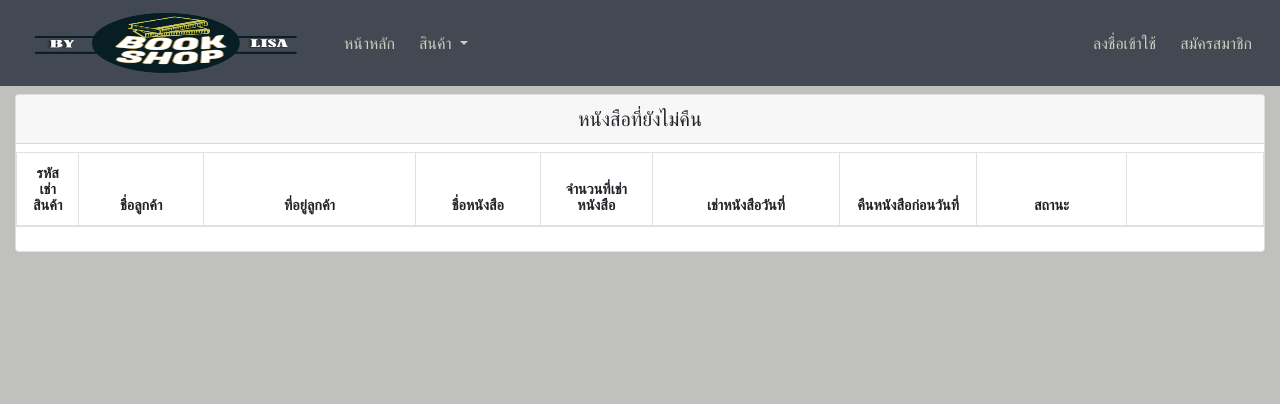
Repository: peawza/shopbook
Page: http://localhost/returnproduct.php?Order_id=24
The author's editor kept a copy of each file at every save. The page is drawn from the files as they stood at one save, then again after the next save.
The browser window is 1280 px wide. The pictures show the whole page.
The page is run by PHP 8.4 with error messages shown; the project is at /var/www/html/. Other server files are loaded and not shown. The database holds what the project's SQL file puts in it.

Above is the page before, as saved 2020-10-01 11:18:09.

### returnproduct.php
<!DOCTYPE html>
<html lang="en">

<head>
    <meta charset="UTF-8">
    <meta name="viewport" content="width=device-width, initial-scale=1.0">
    <title>Document</title>
    <?php
    require_once('php/condbbook.php');
    include('include\importcss.php');
    include('include\navber.php');
    //echo '<pre>';
    //print_r($_SESSION);
    //$_SESSION['ses_php_var'] = $_GET['sendVal'];
    //$_SESSION['ses_php_var'] = $_POST['sendVal'];
    //$_SESSION['Typeid'] = $_POST['Typeid'];
    //print_r($_POST);
    //print_r($_GET);
    //echo '<pre>';

    ?>
</head>

<body>
    <div class="container-fluid py-2">
        <div class="card ">
            <h5 class="card-header text-center">หนังสือที่ยังไม่คืน</h5>

            <div class="py-2">
                <table class="table table-bordered table-responsive-sm">
                    <thead>
                        <tr>
                            <th width="5%" class="text-center">รหัสเช่าสินค้า</th>
                            <th width="10%" class="text-center">ชื่อลูกค้า</th>
                            <th width="17%" class="text-center">ที่อยู่ลูกค้า</th>
                            <th width="10%" class="text-center">ชื่อหนังสือ</th>
                            <th width="9%" class="text-center">จำนวนที่เช่าหนังสือ</th>
                            <th width="15%" class="text-center">เช่าหนังสือวันที่</th>
                            <th width="11%" class="text-center">คืนหนังสือก่อนวันที่</th>
                            <th width="12%" class="text-center">สถานะ</th>
                            <th width="12%" class="text-center"></th>

                        </tr>
                    </thead>
                    <tbody>
                        <?php
                        /*
                    [0] => 1
                    [orders_id] => 1
                    [1] => 4
                    [User_ID] => 4
                    [2] => ฟหดกหฟดกหฟด
                    [Order_addressuser] => ฟหดกหฟดกหฟด
                    [3] => 2464
                    [orders_renttotal] => 2464
                    [4] => 0
                    [orders_returntotal] => 0
                    [5] => 2464
                    [orders_sumtotal] => 2464
                    [6] => 0
                    [orders_iscomplete] => 0
                    [7] => 4
                    [8] => user
                    [User_Username] => user
                    [9] => $2y$10$fB6aRvLojb8vG3ukgnwcle6rynH6hiaSNAOSCfskrj2DL4A6y8HM6
                    [User_Password] => $2y$10$fB6aRvLojb8vG3ukgnwcle6rynH6hiaSNAOSCfskrj2DL4A6y8HM6
                    [10] => ศุภชัย
                    [User_Firstname] => ศุภชัย
                    [11] => แจ้งอรุณ
                    [User_Lastname] => แจ้งอรุณ
                    [12] => 0970562607
                    [User_Telephonenumber] => 0970562607
                    [13] => agileza_555@hotmail.com
                    [User_Email] => agileza_555@hotmail.com
                    [14] => 9091310863447.jpg
                    [User_Photo] => 9091310863447.jpg
                    [15] => 2020-09-26
                    [User_Createdate] => 2020-09-26
                    [16] => admin
                    [User_Type] => admin
                    [17] => 1
                    [orderrent_id] => 1
                    [18] => 4
                    [orderrent_productid] => 4
                    [19] => 1
                    [orderrent_amount] => 1
                    [20] => 1232
                    [orderrent_totalprice] => 1232
                    [21] => 2020-09-30
                    [orderrent_rentdate] => 2020-09-30
                    [22] => 2020-10-20
                    [orderrent_returndate] => 2020-10-20
                    [23] => 0
                    [orderrent_status] => 0
                    [24] => 4
                    [Product_ID] => 4
                    [25] => 3
                    [Type_ID] => 3
                    [26] => sadsazzz
                    [Product_Name] => sadsazzz
                    [27] => asdasd
                    [Product_Details] => asdasd
                    [28] => 1232
                    [Product_Price] => 1232
                    [29] => 113
                    [Product_Balance] => 113
                    [30] => 2
                    [Product_rentday] => 2
                    [31] => 9091656962219.png
                    [Product_Photo] => 9091656962219.png
                    [32] => 2020-09-30
                    [Product_datesave] => 2020-09-30

                        */
                        if (isset($_GET['Order_id'])) {
                            $orderid = $_GET['Order_id'];
                            $selectproduct = "SELECT * FROM `orders`,`user`,`orderrent`,`product` WHERE `user`.`User_ID`=`orders`.`User_ID`AND`orders`.`orders_id`= `orderrent`.`orderrent_id`AND `product`.`Product_ID`=`orderrent`.`orderrent_productid` AND`orderrent`.`orderrent_id`= '" . $orderid . "'";
                            $resulproduct = mysqli_query($conn, $selectproduct);
                            while ($rowproduct = mysqli_fetch_array($resulproduct)) {
                                if ($rowproduct['orderrent_status'] = 0) {
                                    # code...


                        ?>

                        <tr>
                            <th><?php
                                            $code = sprintf('O-%04d', $rowproduct['orders_id']);
                                            echo $code ?>
                            </th>
                            <th><?php echo $rowproduct["User_Firstname"] . ' ' . $rowproduct['User_Lastname'] ?>
                            </th>
                            <td><?php echo $rowproduct["Order_addressuser"]  ?></td>
                            <td><?php echo $rowproduct["Product_Name"]  ?></td>
                            <td class="text-right"><?php echo $rowproduct["orderrent_amount"]  ?> </td>
                            <td class="text-center"><?php echo $rowproduct["orderrent_rentdate"]  ?></td>
                            <td class="text-center"><?php echo $rowproduct["orderrent_returndate"]  ?></td>
                        </tr>



                        <?php
                                }
                                //echo '<pre>';
                                //print_r($rowproduct);
                                //echo '<pre>';
                            }
                        } else {


                            echo 'null';
                        }


                        ?>
                    </tbody>
                    </thead>
                </table>
            </div>
        </div>
    </div>










</body>
<?php
include('include\importjavascript.php');
?>

</html>

### php/condbbook.php
<?php
session_start();
$conn = new mysqli('localhost', 'root', '1234', 'shopbook');
$conn->set_charset("utf8");
//$conn->query('set name utf8');
//echo $conn->connect_error;
if ($conn->connect_errno) {
    die("conmection Failed" . $conn->connect_error);
} /*else {
    die("OK Database");
}*/

//$conndata = new mysqli('localhost', 'root', '1234', 'shop');

### include/importcss.php
<link rel="stylesheet" href="node_modules/bootstrap/dist/css/bootstrap.min.css"> <!-- link เลือก css-->
<link rel="stylesheet" href="node_modules/font-awesome5/css/fontawesome-all.css">
<link rel="stylesheet" href="include/CSS/styles.css?v=<?php echo filemtime('include/CSS/styles.css'); ?>"
    type=" text/css">

<script src="https://www.google.com/recaptcha/api.js"></script>

<script src="https://ajax.googleapis.com/ajax/libs/jquery/2.2.0/jquery.min.js"></script>

<script src="https://maxcdn.bootstrapcdn.com/bootstrap/3.3.6/js/bootstrap.min.js"></script>

### include/importjavascript.php
<script src="node_modules/jquery/dist/jquery.min.js"></script> <!-- sc เลือก src -->
<script src="node_modules/popper.js/dist/umd/popper.min.js"></script>
<script src="node_modules/bootstrap/dist/js/bootstrap.min.js"></script>
<script src="node_modules/jquery-validation/dist/jquery.validate.min.js"></script>
<script src="include/JS/script.js?v=<?php echo filemtime('include/JS/script.js') ?>"></script>

### DB/shopbook.sql (the tables this page reads)
CREATE TABLE `orderrent` (
  `orderrent_id` int(11) NOT NULL,
  `orderrent_productid` int(11) NOT NULL,
  `orderrent_amount` int(11) NOT NULL,
  `orderrent_totalprice` int(11) NOT NULL,
  `orderrent_rentdate` date NOT NULL,
  `orderrent_returndate` date NOT NULL,
  `orderrent_status` int(11) NOT NULL
) ENGINE=InnoDB DEFAULT CHARSET=utf8mb4 COLLATE=utf8mb4_bin;

INSERT INTO `orderrent` (`orderrent_id`, `orderrent_productid`, `orderrent_amount`, `orderrent_totalprice`, `orderrent_rentdate`, `orderrent_returndate`, `orderrent_status`) VALUES
(21, 12, 1, 50, '2020-10-23', '2020-10-30', 1),
(21, 13, 1, 50, '2020-10-23', '2020-10-30', 1),
(21, 15, 1, 45, '2020-10-23', '2020-10-30', 1),
(21, 20, 1, 100, '2020-10-23', '2020-10-30', 1),
(22, 4, 3, 300, '2020-10-23', '2020-10-30', 1),
(23, 13, 1, 50, '2020-10-23', '2020-10-30', 1),
(24, 7, 3, 150, '2020-10-25', '2020-11-01', 0),
(24, 24, 5, 175, '2020-10-25', '2020-11-01', 0),
(25, 8, 10, 500, '2020-10-25', '2020-11-01', 1),
(26, 8, 10, 500, '2020-10-25', '2020-11-01', 1),
(27, 15, 40, 1800, '2020-10-25', '2020-11-01', 1),
(28, 4, 10, 1000, '2020-10-25', '2020-11-01', 1),
(29, 12, 1, 50, '2020-10-25', '2020-11-01', 1),
(29, 23, 10, 300, '2020-10-25', '2020-11-01', 1),
(30, 7, 1, 50, '2020-10-25', '2020-11-01', 1),
(30, 24, 1, 35, '2020-10-25', '2020-11-01', 1),
(31, 12, 1, 50, '2020-10-25', '2020-11-01', 1),
(31, 24, 1, 35, '2020-10-25', '2020-11-01', 1),
(31, 42, 1, 70, '2020-10-25', '2020-11-01', 1),
(32, 23, 1, 30, '2020-10-25', '2020-11-01', 1),
(33, 36, 10, 1000, '2020-10-25', '2020-11-01', 1),
(34, 51, 1, 200, '2020-10-25', '2020-11-04', 1),
(35, 51, 60, 12000, '2020-10-25', '2020-11-04', 1),
(36, 47, 70, 2100, '2020-10-25', '2020-11-01', 0),
(37, 25, 50, 2000, '2020-10-25', '2020-11-01', 0),
(38, 3, 1, 100, '2020-10-27', '2020-11-03', 1),
(39, 16, 1, 75, '2020-10-27', '2020-11-03', 1),
(40, 52, 10, 1000, '2020-10-27', '2020-11-03', 0),
(41, 51, 1, 200, '2020-10-27', '2020-11-06', 0);

ALTER TABLE `orderrent`
  ADD PRIMARY KEY (`orderrent_id`,`orderrent_productid`) USING BTREE,
  ADD KEY `orderrent_productid` (`orderrent_productid`);

ALTER TABLE `orderrent`
  ADD CONSTRAINT `orderrent_ibfk_2` FOREIGN KEY (`orderrent_productid`) REFERENCES `product` (`Product_ID`),
  ADD CONSTRAINT `orderrent_ibfk_3` FOREIGN KEY (`orderrent_id`) REFERENCES `orders` (`orders_id`) ON DELETE CASCADE;

CREATE TABLE `orders` (
  `orders_id` int(11) NOT NULL,
  `User_ID` int(11) NOT NULL,
  `Order_addressuser` text COLLATE utf8mb4_bin NOT NULL,
  `orders_renttotal` float NOT NULL DEFAULT 0,
  `orders_returntotal` float NOT NULL DEFAULT 0,
  `orders_sumtotal` float NOT NULL,
  `orders_iscomplete` int(11) NOT NULL
) ENGINE=InnoDB DEFAULT CHARSET=utf8mb4 COLLATE=utf8mb4_bin;

INSERT INTO `orders` (`orders_id`, `User_ID`, `Order_addressuser`, `orders_renttotal`, `orders_returntotal`, `orders_sumtotal`, `orders_iscomplete`) VALUES
(21, 9, 'ชลบุรี', 245, 0, 245, 2),
(22, 9, '', 300, 0, 300, 2),
(23, 9, '123', 50, 0, 50, 2),
(24, 10, 'มกศรช', 325, 0, 325, 0),
(25, 9, 'sdafffsdfdsafdsagdasgaasdfdsag', 500, 0, 500, 2),
(26, 9, 'หฟกหฟกหฟกหฟกกหฟ', 500, 0, 500, 2),
(27, 9, 'adsdsa', 1800, 1500, 3300, 2),
(28, 9, 'asdasdsa', 1000, 1000, 2000, 2),
(29, 11, 'มกศรช', 350, 0, 350, 2),
(30, 11, 'มกศรช ผฟกหกห', 85, 170, 255, 2),
(31, 11, 'ชลบุรี', 155, 0, 155, 2),
(32, 11, '123132', 30, 0, 30, 2),
(33, 11, '123', 1000, 0, 1000, 2),
(34, 11, '123123\r\n', 200, 0, 200, 2),
(35, 11, '1111\r\n\r\n', 12000, 0, 12000, 2),
(36, 11, 'ชลบุรี', 2100, 0, 2100, 0),
(37, 11, 'ชลบุรี', 2000, 0, 2000, 0),
(38, 9, 'ชลบุรี', 100, 0, 100, 2),
(39, 9, 'มก', 75, 150, 225, 2),
(40, 9, 'มก', 1000, 0, 1000, 0),
(41, 12, 'asd', 200, 0, 200, 0);

ALTER TABLE `orders`
  ADD PRIMARY KEY (`orders_id`),
  ADD KEY `User_ID` (`User_ID`);

ALTER TABLE `orders`
  ADD CONSTRAINT `orders_ibfk_1` FOREIGN KEY (`User_ID`) REFERENCES `user` (`User_ID`);

CREATE TABLE `product` (
  `Product_ID` int(11) NOT NULL,
  `Type_ID` int(11) NOT NULL,
  `Product_Name` text COLLATE utf8mb4_bin NOT NULL,
  `Product_Details` text COLLATE utf8mb4_bin NOT NULL,
  `Product_Price` float NOT NULL,
  `product_buy` int(11) DEFAULT NULL,
  `Product_Balance` int(11) NOT NULL,
  `Product_rentday` int(11) NOT NULL,
  `Product_Photo` text COLLATE utf8mb4_bin NOT NULL,
  `Product_datesave` date NOT NULL
) ENGINE=InnoDB DEFAULT CHARSET=utf8mb4 COLLATE=utf8mb4_bin;

INSERT INTO `product` (`Product_ID`, `Type_ID`, `Product_Name`, `Product_Details`, `Product_Price`, `product_buy`, `Product_Balance`, `Product_rentday`, `Product_Photo`, `Product_datesave`) VALUES
(3, 11, 'บุเพสันนิวาส', 'เกศสุรางค์ หญิงสาวร่างอ้วนจำต้องทะลุมิติไปในรัชกาลสมเด็จพระนารายณ์มหาราช ในร่างของแม่หญิงการะเกดผู้แสนร้ายกาจ และได้พบกับผู้คนมากมายทั้ง หมื่นสุนทรเทวา ผู้เป็นคู่หมั้นคู่หมายของการะเกด ออกญาโหราธิบดี ราชครูของพระนารายณ์ แม่มะลิ บุตรสาวของแขกฟานิกลูกครึ่งญี่ปุ่น โปรตุเกส และผู้คนอีกมากมาย', 100, 200, 10, 7, '9102909146241.jpg', '2020-10-23'),
(4, 11, 'ปริศนามหาเวทย์', 'ปริศนามหาเวทย์', 100, 200, 5, 7, '9102908113900.gif', '2020-10-20'),
(5, 11, 'Sea Witch', 'Sea Witch', 100, 200, 10, 7, '9102908766196.jpg', '2020-10-20'),
(7, 10, 'Onepiece', 'เป็นเรื่องราวในยุคทองของโจรสลัด โจรสลัดทุกคนมีเป้าหมายเดียวกันคือเพื่อค้นหา สมบัติที่เรียกว่า \"วันพีช\" ซึ่งผู้ใดสามารถค้นหาและครอบครองวันพีชอยู่ ผู้นั้นก็คือเจ้าแห่งโจรสลัด(ราชาโจรสลัด) โดยผู้ที่เคยครอบครองวันพีชนั้นมีอยู่คนเดียวตามที่เปิดเผยคือ เจ้าแห่งโจรสลัด โกลด์ ดี โรเจอร์ ซึ่งหลังจากที่ ได้ครอบครองวันพีซแล้ว โกลด์ ดี โรเจอร์ก็ได้มอบตัว และยอมรับโทษการประหารชีวิตที่เกาะโร๊คบ้านเกิดของตนนั่นเอง และก่อนตายโกลด์ ดี โรเจอร์ ได้ทิ้งคำพูดก่อนตายที่เปลี่ยนยุคสมัยของโจรสลัดว่า \"สมบัติของฉันหรอ อยากได้ก็เอาไปซิ ไปหาเอาเลย ฉันเอาทุกอย่างบนโลกไปไว้ที่นั่นหมดแล้ว\" แล้วเหล่า โจรสลัดทั้งหลายจึงมุ่งหน้าสู้แกรนด์ไลน์เพื่อตามหาวันพีซ', 50, 100, 6, 7, '9102907166680.jpg', '2020-10-23'),
(8, 10, 'Naruto', 'นารูโตะเป็นกำพร้าและไม่มีพี่น้อง เติบโตขึ้นโดยไม่รู้ว่าตนเองมีจิ้งจอกเก้าหางอยู่ภาย ในร่างกาย หลังจากสำเร็จการศึกษาเป็นนินจาชั้น เกะนิน (นินจาระดับล่าง) และปฏิบัติหน้าที่ภายใต้การควบคุมของ ฮาตาเกะ คาคาชิ ซึ่งเป็น โจนิน (นินจาระดับสูง) ฉายา ก๊อบปี้นินจา โดยมีสมาชิกร่วมทีมอีกสองคน คือ อุจิวะ ซาสึเกะ และ ฮารุโนะ ซากุระ', 50, 100, 10, 7, '9102907412301.jpg', '2020-10-23'),
(12, 10, 'Fairytail', 'นัตสึ ดรากูนีล\"ดราก้อนสเลเยอร์ไฟ ได้ออกเดินทางเพื่อตามหาอิกนิลหรือมังกรที่เปรียบเสมือนพ่อของนัตสึ ไปกับแมวบินได้และพูดได้ ชื่อ แฮปปี้ โดยระหว่างทางได้พบกับ\"ลูซี่ ฮาร์ทฟิเลีย\"สาวน้อยผู้อัญเชิญเทพแห่งดวงดาวและได้ตกลงเป็นเพื่อนกันเพราะลูซี่นั้นอยากเข้ากิลด์แฟรี่เทล', 50, 100, 10, 7, '9102906035329.png', '2020-10-23'),
(13, 13, 'Time', 'นิตยสาร TIME', 50, 150, 4, 7, '9104350156863.jpg', '2020-10-23'),
(14, 12, '51 คำถาามเพิ่มความรู้เรื่องอาชีพ', 'รวมประเด็นน่าสนใจเกี่ยวกับอาชีพ', 100, 150, 10, 7, '9104350802507.jpg', '2020-10-23'),
(15, 10, 'Doraemon', 'หุ่นยนเเมวที่ส่งมาช่วย โนบิตะ เพื่อให้อนาคตของเขาเปลื่ยนไป', 45, 75, 29, 7, '9104351707679.png', '2020-10-23'),
(16, 10, '3ก๊ก', 'ตำนานของวีรบุรุษที่จะรวมเเผ่นดินทั้ง3เป็น1', 75, 150, 19, 7, '9104352222267.jpg', '2020-10-23'),
(17, 12, '30 สิ่งมหัศจรรย์ของโลกที่น่ารู้', 'สิ่งมหัศจรรย์ของโลก', 50, 100, 5, 7, '9104352622959.jpg', '2020-10-23'),
(18, 12, 'เกร็ดความรู้เเละภาษาอาเซียน', 'ความรู้เเละภาษาอาเซียน', 80, 150, 9, 7, '9104353026534.jpg', '2020-10-23'),
(19, 13, 'BAZAAR', 'BAZAAR', 50, 190, 10, 7, '9104353499954.jpg', '2020-10-23'),
(20, 12, 'วิทยาศาสตร์ฉลาดรู้เรื่องสมอง', 'วิทยาศาสตรที่เกี่ยวความรู้เรื่องสมอง', 100, 170, 20, 7, '9104353867647.gif', '2020-10-23'),
(21, 11, 'The butterfly tree', 'The butterfly tree', 170, 300, 5, 7, '9104354170879.jpg', '2020-10-23'),
(22, 13, 'CAMPUS', 'CAMPUS', 60, 165, 10, 7, '9104354376857.jpg', '2020-10-23'),
(23, 10, 'ชินจังจอมเเก่น', 'เรื่องราวชินจังที่ต้องทำให้คุณต้องหัวเราะ', 30, 85, 50, 7, '9104354830108.gif', '2020-10-23'),
(24, 10, 'โคนัน', 'นักสืบหนุ่มที่ถูกชายชุดดำจับตัวให้ไปกินยา พอตื่นขึ้นมากลับกายเป็นเด็กอีกครั้ง', 35, 70, 44, 7, '9104355382500.jpg', '2020-10-23'),
(25, 10, 'Dragonball', 'ซุนโกคู ในวัยเด็ก ก็ได้รู้เกี่ยวกับ ดราก้อนบอล จาก บลูม่า ซึ่งกำลังตามหาอยู่ แถมโกคูเองก็มี ดราก้อนบอล4ดาว ซึ่งเป็นของต่างหน้าคุณปู่ ซุนโกฮัง อีกด้วย ก็เลยตัดสินใจไปตามหาดราก้อนบอลด้วยกัน ต่อมาก็ได้ อูลอน มาเป็นพวกช่วยหาด้วย แต่ในระหว่างนั้น ก็มี ยามุชา และ ปูอัล กับ ปิลาฟและพรรคพวก คอยตามหาดราก้อนบอลด้วย', 40, 75, 0, 7, '9104355839451.jpg', '2020-10-23'),
(26, 11, 'ECHOES FROM THE PAST', 'Echoes from the past', 190, 300, 10, 7, '9104356230225.jpg', '2020-10-23'),
(27, 13, 'ELLE', 'ELLE', 30, 90, 10, 6, '9104356389396.webp', '2020-10-23'),
(28, 13, 'FIGARO JAPAN', 'FIGARO JAPAN', 60, 150, 3, 4, '9104356627109.jpg', '2020-10-23'),
(29, 12, 'คว้าเกรด A ง่ายกว่าที่คิด', 'คว้าเกรด A ง่ายกว่าที่คิด', 55, 130, 7, 6, '9104356893659.png', '2020-10-23'),
(30, 11, 'Harry Potter', 'Harry Potter', 160, 300, 30, 7, '9104357146935.jpg', '2020-10-23'),
(31, 13, 'L OFFICIEL', 'L OFFICIEL', 30, 70, 10, 7, '9104357596692.jpg', '2020-10-23'),
(32, 12, 'สนุกกับการค้นหาความรู้ข้างในแผนที่โลก', 'สนุกกับการค้นหาความรู้ข้างในแผนที่โลก', 60, 150, 10, 7, '9104357883099.jpg', '2020-10-23'),
(33, 10, 'My Hero Academia', 'ว่าด้วยเรื่องราวในอนาคต เมื่อพลังพิเศษได้ถูกทยอยค้นพบทั่วทุกมุมโลก จนกลายเป็นเรื่องปกติของคนเจนเนอเรชั่นใหม่ ที่ล้วนเป็นผู้มี “อัตลักษณ์” (พลังพิเศษเฉพาะตัว) สังคมยอดมนุษย์จึงได้เริ่มขึ้น ขณะเดียวกันความวุ่นวายจากผู้ใช้พลังพิเศษในทางที่ผิด ก็ยกระดับความรุนแรง ประเทศจึงได้ร่างกฏหมายต่อต้านความรุนแรง โดยให้เหล่าผู้กล้าคอยปราบปรามเหล่าวายร้าย ', 40, 75, 40, 7, '9104359185860.jpg', '2020-10-23'),
(34, 13, 'OK MAGAZINE', 'OK MAGAZINE', 30, 90, 10, 7, '9104359398955.jpg', '2020-10-23'),
(35, 10, 'Pinocchio', 'Pinocchio', 100, 200, 5, 7, '9104359601161.jpg', '2020-10-23'),
(36, 11, 'บ้านทรายทอง', 'บ้านทรายทอง', 100, 250, 10, 7, '9104359808705.jpg', '2020-10-23'),
(37, 12, 'เอาชีวิครอดบนเกาะร้าง', 'เอาชีวิครอดบนเกาะร้าง', 80, 135, 5, 7, '9104360075753.webp', '2020-10-23'),
(38, 13, 'VOGUE', 'VOGUE', 30, 75, 10, 7, '9104360487722.jpg', '2020-10-23'),
(39, 11, 'Twilight', 'Twilight', 240, 300, 20, 7, '9104361247095.jpg', '2020-10-23'),
(40, 11, 'The darkness of light', 'The darkness of light', 150, 250, 6, 7, '9104361459702.jpg', '2020-10-23'),
(41, 12, 'เพศศึกษาที่เราอยากรู้', 'เพศศึกษาที่เราอยากรู้', 60, 150, 10, 7, '9104361760502.jpg', '2020-10-23'),
(42, 10, 'Sailormoon', 'Sailormoon', 70, 125, 50, 7, '9104361988958.png', '2020-10-23'),
(43, 11, 'RISEN', 'RISEN', 150, 350, 10, 7, '9104362289392.jpg', '2020-10-23'),
(44, 11, 'REALM OF RUINS', 'REALM OF RUINS', 180, 300, 4, 7, '9104362809007.jpg', '2020-10-23'),
(45, 10, 'สโนว์ไวท์', 'สโนว์ไวท์', 100, 200, 7, 5, '9104367662917.jpg', '2020-10-23'),
(46, 10, 'อลิซ ท่องเเดนมหัศจรรย์', 'อลิซ ท่องเเดนมหัศจรรย์', 40, 150, 5, 7, '9104367935394.jpg', '2020-10-23'),
(47, 10, 'Bleach', 'Bleach', 30, 75, 0, 7, '9104368159565.jpg', '2020-10-23'),
(48, 10, 'Lion King', 'Lion King', 70, 150, 2, 3, '9104368352654.jpg', '2020-10-23'),
(49, 12, 'รัชการที่ 9', 'ประวัติศาสตร์ของในหลวงรัชกาลที่ 9', 50, 150, 10, 7, '9104368788022.jpg', '2020-10-23'),
(51, 13, 'qweqwe', 'ssadzxc', 200, 500, 69, 10, '9105550929723.png', '2020-10-26'),
(52, 15, 'เลข', 'หนังสือเลข', 100, 200, 40, 7, '9106337351482.jpg', '2020-10-27');

ALTER TABLE `product`
  ADD PRIMARY KEY (`Product_ID`),
  ADD KEY `Type_ID` (`Type_ID`);

ALTER TABLE `product`
  MODIFY `Product_ID` int(11) NOT NULL AUTO_INCREMENT, AUTO_INCREMENT=53;

ALTER TABLE `product`
  ADD CONSTRAINT `product_ibfk_1` FOREIGN KEY (`Type_ID`) REFERENCES `producttype` (`Type_ID`);

CREATE TABLE `producttype` (
  `Type_ID` int(11) NOT NULL,
  `Type_Name` text COLLATE utf8mb4_bin NOT NULL
) ENGINE=InnoDB DEFAULT CHARSET=utf8mb4 COLLATE=utf8mb4_bin;

INSERT INTO `producttype` (`Type_ID`, `Type_Name`) VALUES
(10, 'หนังสือการ์ตูน'),
(11, 'หนังสือนิยาย'),
(12, 'หนังสือให้ความรู้'),
(13, 'นิตยสาร'),
(14, 'หนังสืออ้างอิง'),
(15, 'หนังสือเรียน');

ALTER TABLE `producttype`
  ADD PRIMARY KEY (`Type_ID`);

ALTER TABLE `producttype`
  MODIFY `Type_ID` int(11) NOT NULL AUTO_INCREMENT, AUTO_INCREMENT=16;

CREATE TABLE `user` (
  `User_ID` int(11) NOT NULL,
  `User_Username` varchar(30) COLLATE utf8mb4_bin NOT NULL,
  `User_Password` varchar(255) COLLATE utf8mb4_bin NOT NULL,
  `User_Firstname` varchar(60) COLLATE utf8mb4_bin NOT NULL,
  `User_Lastname` varchar(60) COLLATE utf8mb4_bin NOT NULL,
  `User_Telephonenumber` varchar(20) COLLATE utf8mb4_bin NOT NULL,
  `User_Email` varchar(100) COLLATE utf8mb4_bin NOT NULL,
  `User_Photo` text COLLATE utf8mb4_bin NOT NULL,
  `User_Createdate` date NOT NULL,
  `User_Type` text COLLATE utf8mb4_bin NOT NULL
) ENGINE=InnoDB DEFAULT CHARSET=utf8mb4 COLLATE=utf8mb4_bin;

INSERT INTO `user` (`User_ID`, `User_Username`, `User_Password`, `User_Firstname`, `User_Lastname`, `User_Telephonenumber`, `User_Email`, `User_Photo`, `User_Createdate`, `User_Type`) VALUES
(4, 'admin', '$2y$10$SY4xbwIYnzlGXMpgdZHyf.LPEcYFIsZqluIzuCwKXBq3M3BeEG5Ay', 'saran', 'Deesubin', '0000000001', 'saran.de@ku.th', '9102901537951.png', '2020-09-26', 'admin'),
(9, 'ford', '$2y$10$PMdn09lEjbW1HXQUbcYTxuSygozJvQIxKzWmVceRwvZWU79uc0co2', 'sarann', 'dee', '0983575083', 'fordza1231230@gmail.com', 'profile.png', '2020-10-20', 'admin'),
(10, 'saran', '$2y$10$xXmyvxu.6Nv/xL8ooPsf6uwzp2iGCALRMP7ofoMnBqTHUTzz8pFlC', 'saranza123', 'deeza123', '0123456798', 'ford555@gmail.com', '9105289098934.png', '2020-10-25', 'user'),
(11, 'fordza', '$2y$10$VorVYHQiu9vKXUfmvjVqq.bxwNfPxcRe67GpKwcaU8LfqKm04ecPO', 'fordford', 'zazaza', '0147258369', 'zaza@gmail.com', '9105549518927.jpg', '2020-10-25', 'admin'),
(12, 'asdasd', '$2y$10$F8XcUHvSW4NBR.UZKQddSOY8g.F2t0/vdqPHFuTDspI6tqRk0ydZm', 'asdasd', 'asdasd', '0147258147', 'asd@gmail.com', 'profile.png', '2020-10-27', 'user'),
(13, 'user', '$2y$10$Pw1k2zepH2brdS54XpYJIOsdyI/SlskWDDMMcrrCiCg8F/51VUKwm', 'ศุภชัย', 'แจ้งอรุณ', '0970562607', 'agileza_555@hotmail.com', 'profile.png', '2020-10-29', 'admin'),
(14, 'user2', '$2y$10$Bdcw55H//GAhyWCmsa4CHeFME8wXIUPC1HxJAkJOYH/9U5/u14Ix.', 'ศุภชัย', 'แจ้งอรุณ', '0970562607', 'agileza_555@hotmail.com', 'profile.png', '2020-10-29', 'user');

ALTER TABLE `user`
  ADD PRIMARY KEY (`User_ID`);

ALTER TABLE `user`
  MODIFY `User_ID` int(11) NOT NULL AUTO_INCREMENT, AUTO_INCREMENT=15;

Loaded but not shown: include/JS/script.js (557 lines, source omitted); include/navber.php (209 lines, source omitted); include/CSS/styles.css (248 lines, source omitted)

After the next save:
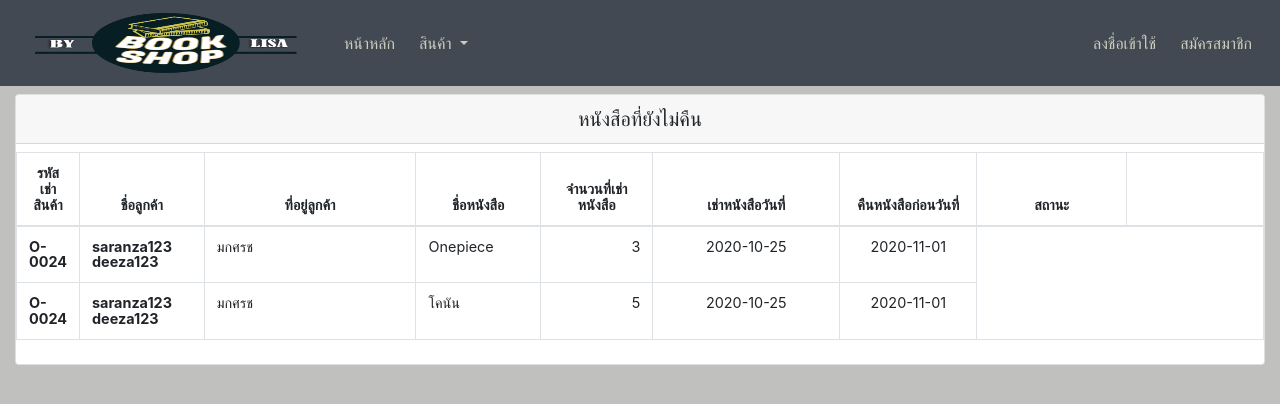
Saved 20 s later.
--- a/returnproduct.php
+++ b/returnproduct.php
@@ -117,7 +117,7 @@
                             $selectproduct = "SELECT * FROM `orders`,`user`,`orderrent`,`product` WHERE `user`.`User_ID`=`orders`.`User_ID`AND`orders`.`orders_id`= `orderrent`.`orderrent_id`AND `product`.`Product_ID`=`orderrent`.`orderrent_productid` AND`orderrent`.`orderrent_id`= '" . $orderid . "'";
                             $resulproduct = mysqli_query($conn, $selectproduct);
                             while ($rowproduct = mysqli_fetch_array($resulproduct)) {
-                                if ($rowproduct['orderrent_status'] = 0) {
+                                if ($rowproduct['orderrent_status'] == 0) {
                                     # code...
 
 
